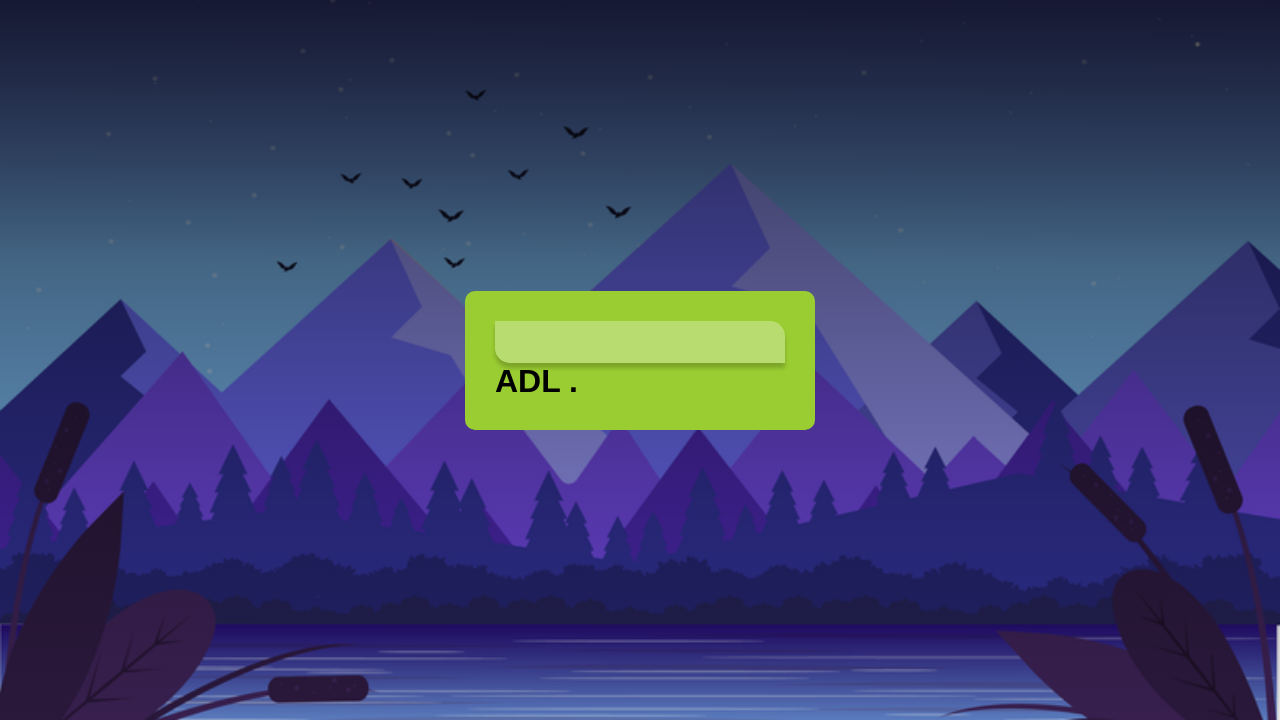
Repository: andrewhuynh561/weather-app-1
Page: index.html
An editor plug-in stored every save of this project. The page is shown before and after the next save, followed by the edit.
The browser window is 1280 px wide. The pictures show the whole page.

Above is the page before, as saved 2022-12-08 20:51:21.

### index.html
<!DOCTYPE html>
<html lang="en">
<head>
    <meta charset="UTF-8">
    <meta http-equiv="X-UA-Compatible" content="IE=edge">
    <meta name="viewport" content="width=device-width, initial-scale=1.0">
    <title>Weather app</title>
    <link
     rel="stylesheet"
     href="https://cdnjs.cloudflare.com/ajax/libs/font-awesome/6.0.0-beta2/css/all.min.css"
     integrity="sha512-YWzhKL2whUzgiheMoBFwW8CKV4qpHQAEuvilg9FAn5VJUDwKZZxkJNuGM4XkWuk94WCrrwslk8yWNGmY1EduTA=="
     crossorigin="anonymous"
     referrerpolicy="no-referrer">
    <link rel="stylesheet" href="style.css">
</head>
<body>
    <div id="weather">
        <input type="text" class="search">
        <div class="content">
            <h1 class="capital">
                <span class="city">ADL</span>
                <span>.</span>
                <span class="country"></span>
            </h1>
        </div>
    </div>

</body>
</html>

### style.css
*{
    margin: 0;
    padding: 0;
    box-sizing: border-box;
}
body{
    font-family: sans-serif;
    height: 100vh;
    display: flex;
    justify-content: center;
    align-items: center;
    background: linear-gradient(to bottom, rgba(0,0,0,0.7),rgba(0,0,0,0.1)),url(./image/222.png)  no-repeat center/cover;
}

#weather{
    width: 350px;
    border-radius:10px ;
    padding: 30px 30px;
    background: yellowgreen;
}

.search{
    width: 100%;
    padding: 10px 20px;
    border: none;
    outline: none;
    background: rgba(255,255,255,0.3);
    border-radius: 0 15px 0 15px;
    box-shadow:0 5px 4px rgba(0,0,0,0.2);
    transition:0.4s ;
    font-size: 19px;
}
.search:focus{
    background: rgba(255,255,255,0.7);
    border-radius: 15px 0 15px 0;

}

After the next save:
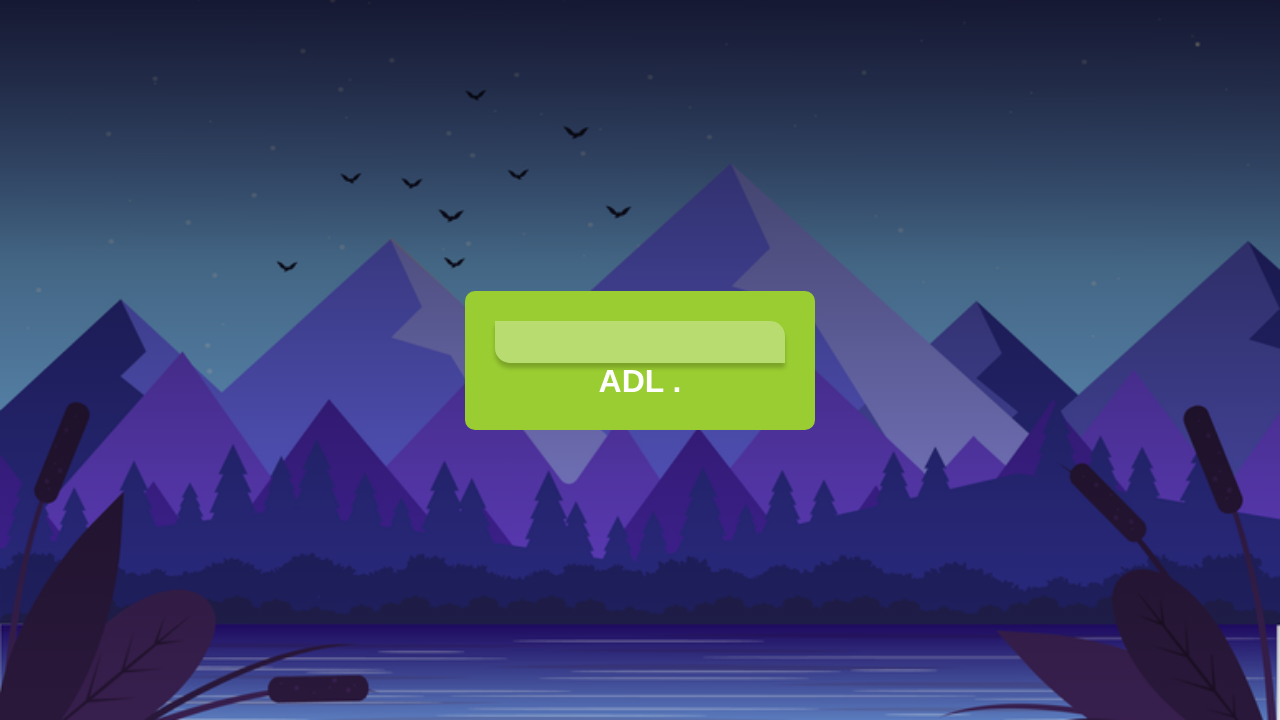
Saved 52 s later.
--- a/style.css
+++ b/style.css
@@ -33,5 +33,8 @@ body{
 .search:focus{
     background: rgba(255,255,255,0.7);
     border-radius: 15px 0 15px 0;
-
 }
+.content{
+    text-align: center;
+    color: white;
+}
